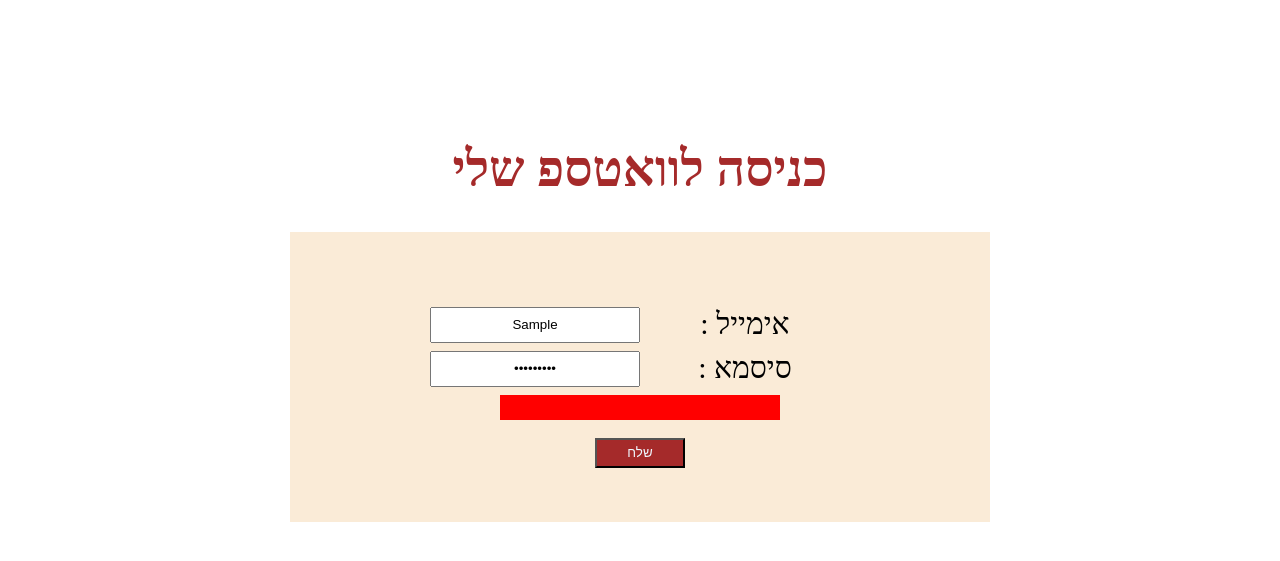
Repository: shlomoYosefi/whatsapp-spring-mongo
Page: whatsapp-client/login/logIn.html
An editor plug-in stored every save of this project. The page is shown before and after a run of saves, followed by the edit.
The browser window is 1280 px wide. The pictures show the whole page.
Empty fields were first filled with sample values (such as "Sample", 5 or name@example.com).
After loading, the first visible `#submit` was clicked once.
The page's requests for data from a server got no answer.

Above is the page before, as saved 2021-07-28 14:40:42.

### whatsapp-client/login/logIn.html
<!DOCTYPE html>
<html lang="en">

<head>
    <meta charset="UTF-8">

    <meta name="viewport" content="width=device-width, initial-scale=1.0">
    <meta http-equiv="X-UA-Compatible" content="ie=edge">
    <link rel="stylesheet" href="style.css">
    <title>Document</title>
</head>

<body style="direction: rtl">
    <div class="conteiner">
        <h1>כניסה לוואטספ שלי</h1>
        <div class="form">
            <div class="wrap-inputs">

                <div class="lables ">
                    <label for="">אימייל :</label>
                    <label for="">סיסמא :</label>
                </div>

                <div class="inputs ">
                    <input type="text" id="inputEmail" placeholder=" אימייל   " type="text">
                    <input type="password" id="inputPassword" placeholder="סיסמא " type="text">
                </div>

            </div>
            <h3 id="error"></h3><br>
            <button id="submit" type="submit" onclick="getFormSubmit(inputEmail.value,inputPassword.value)">שלח</button>
        </div>
    </div>
    <script>
        let url = "http://localhost:82/logIn"
        function getFormSubmit(email, password) {
            let errorSpan = document.getElementById("error")
            if (email == "" || password == "") {
                errorSpan.innerText = "פרטים לא מלאים";
                errorSpan.style.display = "block"
            }
            else {

                var xhttp = new XMLHttpRequest();
                xhttp.open("POST", `${url}?username=${email}&password=${password}`, true);
                xhttp.send();
                xhttp.onreadystatechange = function () {
                    if (this.readyState == 4 && this.status == 200) {
                        let result = xhttp.responseText
                        console.log(result);

                        const valParse = JSON.parse(`{${result}}`)
                         for(i in valParse){
                        localStorage.setItem("username",valParse[i].email);
                        localStorage.setItem("name",valParse[i].name);
                        localStorage.setItem("lastname",valParse[i].lastname);
                        window.location.href = "../whatsapp/whatsapp.html";
                    }
                }
                if(xhttp.responseText !=""){

                }
                    errorSpan.innerText = xhttp.responseText;
                    errorSpan.style.display = "block"

                }
            }
        }

    </script>
</body>

</html>

### whatsapp-client/login/style.css

.conteiner{
    margin-top: 140px;
}


h1{
    text-align: center;
    font-size: 50px;
    color: brown
}


.form{
    text-align: center;
    padding-top: 40px;
    padding-bottom: 40px;
    margin-top: 100px;
    background-color: antiquewhite;
    min-width: 600px;
    max-width: 700px;
    height: 210px;
    margin: auto;
}
.wrap-inputs{
    padding-top: 35px;
    display: flex;
    justify-content: center
}

.lables{
    width: 30%;
    display: flex;
    flex-direction: column;
}

.inputs{
    width: 30%;
    display: flex;
    flex-direction: column;
}

input{
    height: 30px;
    text-align: center;
    margin-bottom: 8px;

}
label{
    margin-bottom: 8px;
    font-size: 30px;
    height: 36px;
}

#submit{
    background-color: brown;
    color: aliceblue;
    width: 90px;
    height: 30px;
    /* margin-top: 25px; */
}

#error{
    margin: auto;
    display: none;
    background-color: red;
    color: aliceblue;
    width: 40%;
    height: 25px;

}

After the next 3 saves:
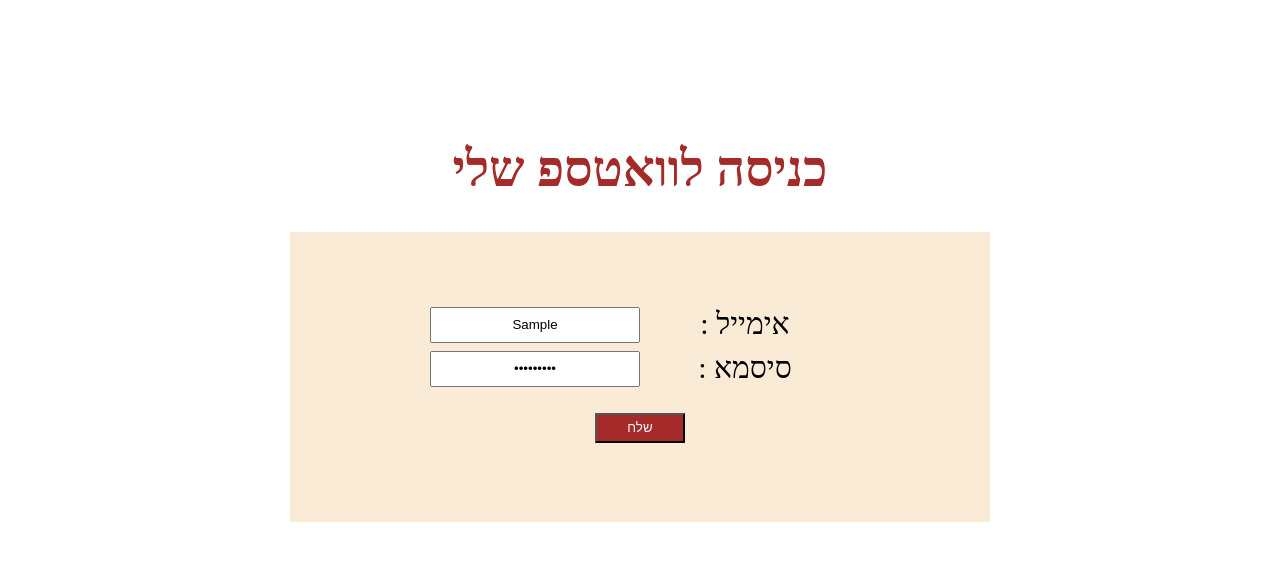
The 3 saves are shown as one change because they came seconds apart.
The last was saved 7 s later.
--- a/whatsapp-client/login/logIn.html
+++ b/whatsapp-client/login/logIn.html
@@ -58,10 +58,9 @@
                     }
                 }
                 if(xhttp.responseText !=""){
-
-                }
                     errorSpan.innerText = xhttp.responseText;
                     errorSpan.style.display = "block"
+                }
 
                 }
             }
